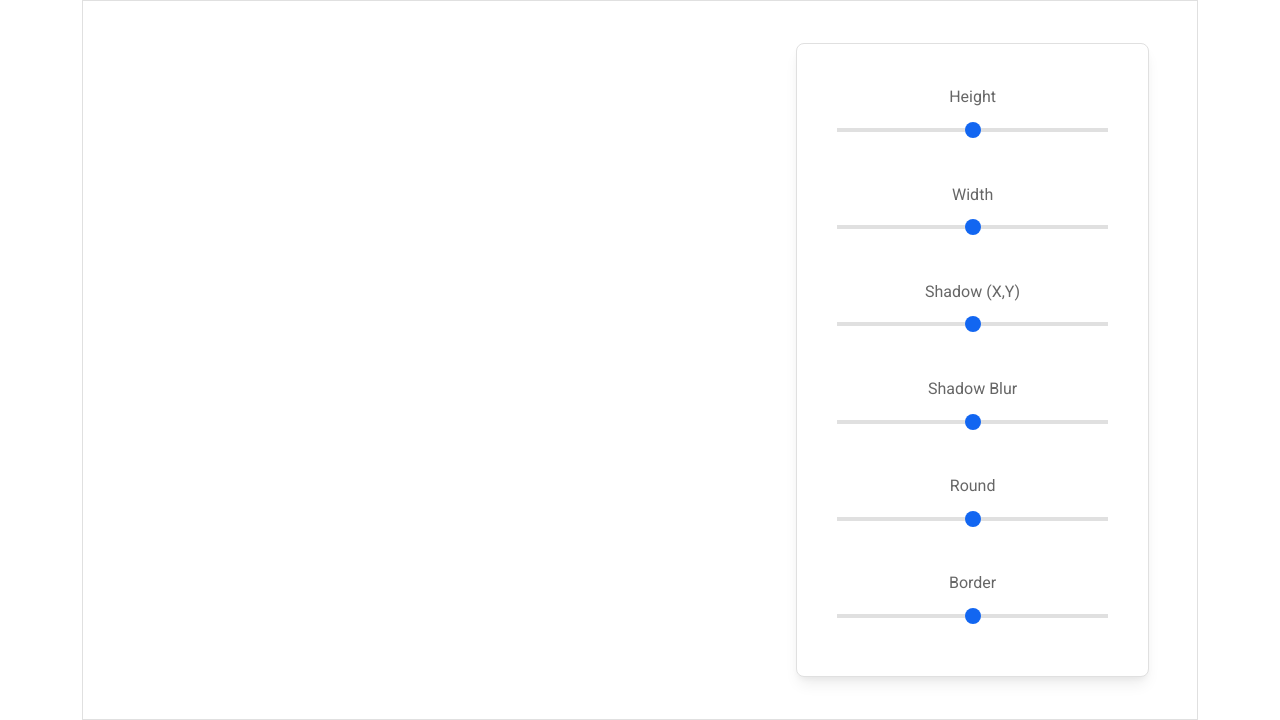
Repository: USaditya98/card-generator
Page: index.html
These files come from the project's save history. The page is drawn as it stood at one moment and after the next save; the edit follows.
The browser window is 1280 px wide. The pictures show the whole page.

Above is the page before, as saved 2021-10-20 12:47:18.

After the next save:
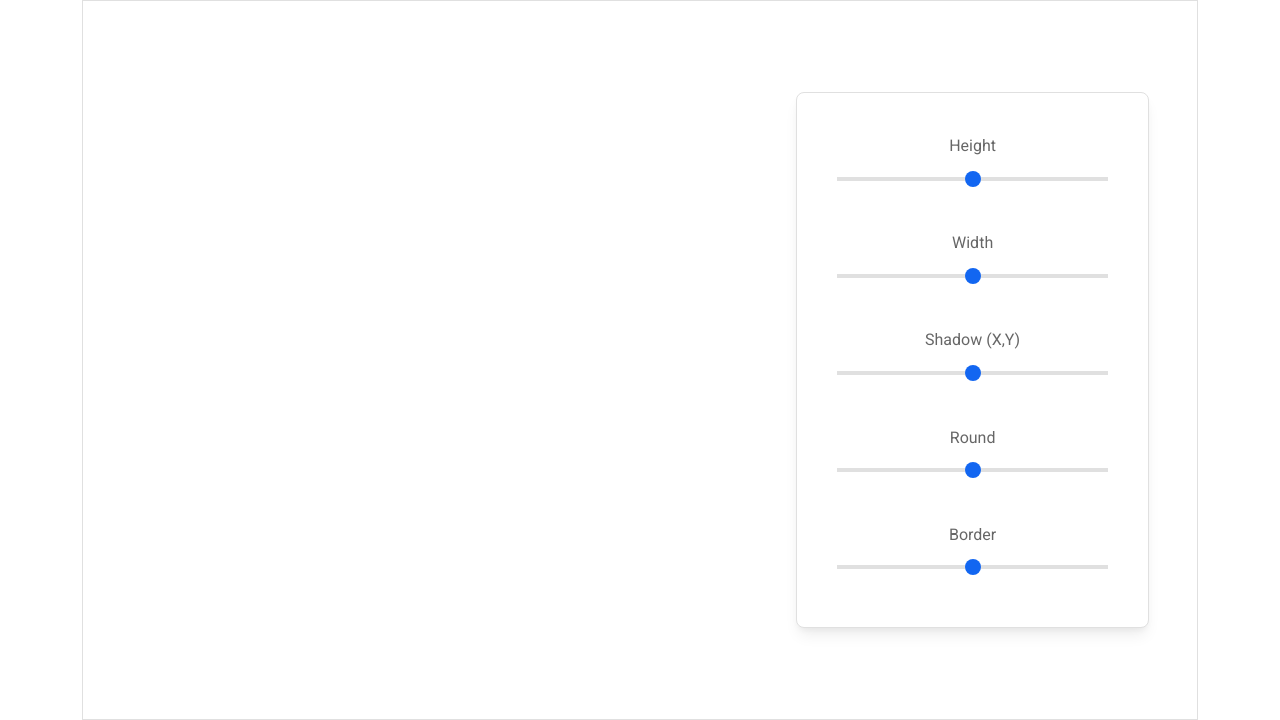
Saved 5 s later.
--- a/index.html
+++ b/index.html
@@ -42,12 +42,6 @@
                 <label class="form-label" for="shadow">Shadow (X,Y)</label>
                 <div class="range">
                 <input type="range" class="form-range" id="shadow" min="0" max="25" step="0.5" onchange="changeShadowXY(this.value)"/>
-                </div>
-            </div>
-            <div class="m-3">
-                <label class="form-label" for="shadowBlur">Shadow Blur</label>
-                <div class="range">
-                <input type="range" class="form-range" id="shadowBlur" min="0" max="50" step="1" onchange="changeShadowBlur(this.value)" />
                 </div>
             </div>
             <!-- <div class="m-3">
